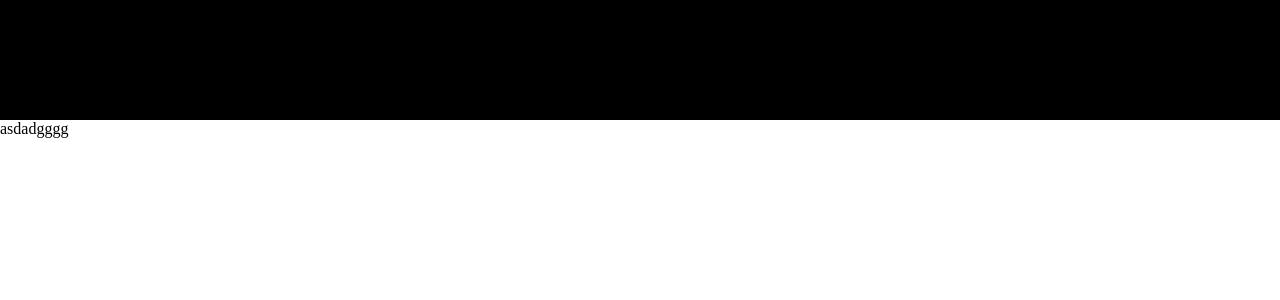
Repository: ItChoi/CSS-Study
Page: Css/WebContent/html/boostcourse/project-A1/portfolio.html
The author's editor kept a copy of each file at every save. The page is drawn from the files as they stood at one save, then again after the next save.
The browser window is 1280 px wide. The pictures show the whole page.

Above is the page before, as saved 2019-06-17 12:06:54.

After the next save:
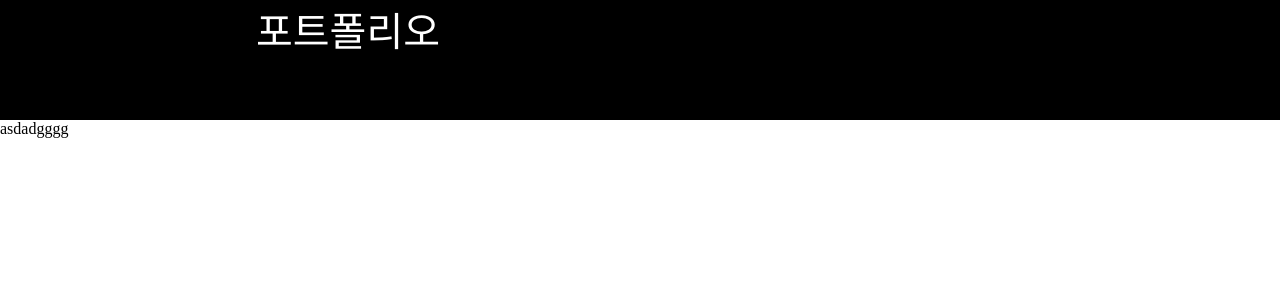
Saved 36 s later.
--- a/Css/WebContent/css/boostcourse/project-A1/portfolio.css
+++ b/Css/WebContent/css/boostcourse/project-A1/portfolio.css
@@ -26,6 +26,6 @@ html, body, .wrap {
 
 .title {
 	font-size: 40px;
-	font-style: bold;
+	color: white;
 
 }
